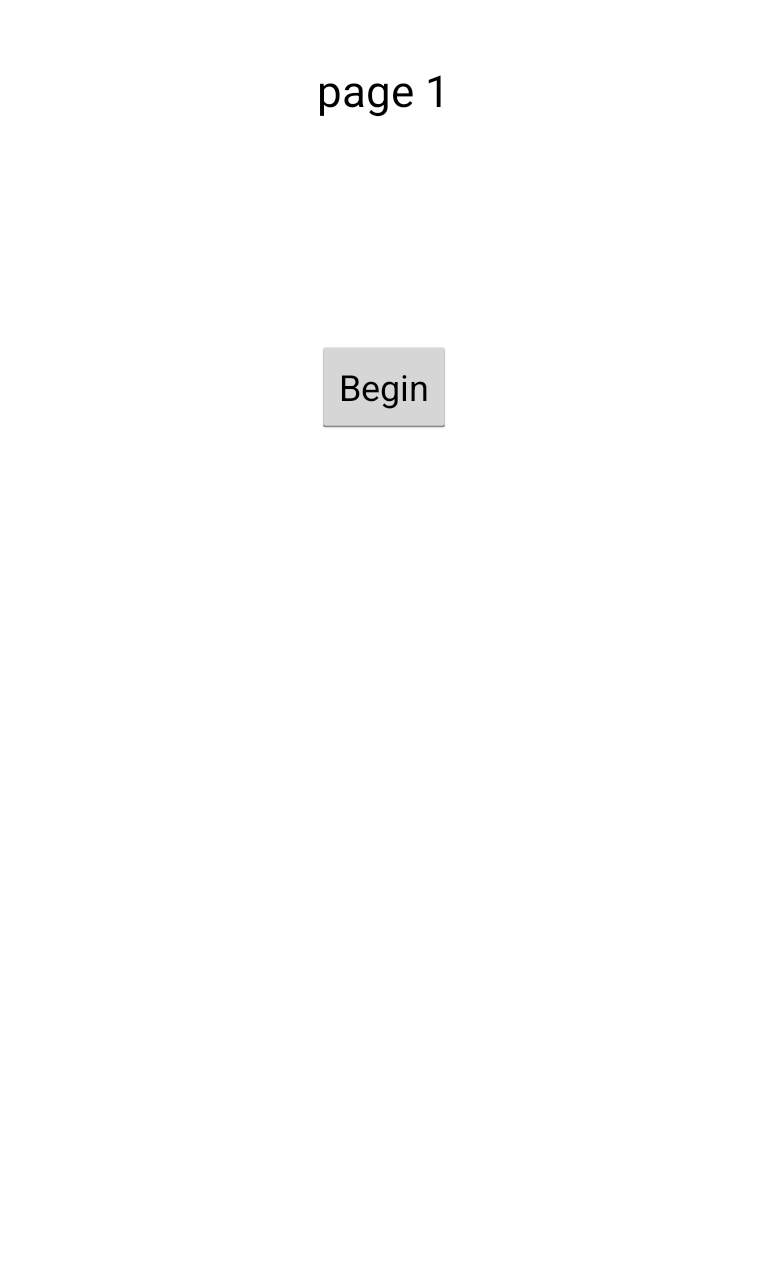
Repository: cho15255/Android-Test
Layout: ApplicationActivity/res/layout/page_1.xml
These files come from the project's save history. The layout is drawn as it stood at one moment and after the next save; the edit follows.
It is drawn on a 768 x 1280 px phone screen (xhdpi) without system bars, with theme AppTheme; the app's code is not run.

Above is the layout before, as saved 2013-05-14 20:47:26.

### ApplicationActivity/res/layout/page_1.xml
<?xml version="1.0" encoding="utf-8"?>
<RelativeLayout xmlns:android="http://schemas.android.com/apk/res/android"
    android:layout_width="match_parent"
    android:layout_height="match_parent" >

    <TextView
        android:id="@+id/textView1"
        android:layout_width="wrap_content"
        android:layout_height="wrap_content"
        android:layout_alignParentTop="true"
        android:layout_centerHorizontal="true"
        android:layout_marginTop="30dp"
        android:text="@string/page_number_1"
        android:textAppearance="?android:attr/textAppearanceLarge" />

    <Button
        android:id="@+id/button_begin"
        android:layout_width="wrap_content"
        android:layout_height="wrap_content"
        android:layout_centerInParent="true"
        android:layout_below="@+id/textView1"
        android:layout_marginTop="110dp"
        android:text="@string/button_begin" />

</RelativeLayout>

### ApplicationActivity/res/values/strings.xml
<?xml version="1.0" encoding="utf-8"?>
<resources>
    <string name="button_back">&lt; </string>
    <string name="button_back_2">&lt;&lt;</string>
    <string name="button_next">&gt; </string>
    <string name="title">JH Testing</string>
    <string name="app_title">A Testing</string>
    <string name="page_number_1">page 1</string>
    <string name="page_number_2">page 2</string>
    <string name="page_number_3">page 3</string>
    <string name="button_begin">Begin</string>

</resources>

Loaded but not shown: ApplicationActivity/res/values/styles.xml (common file); ApplicationActivity/res/values-v11/styles.xml (common file); ApplicationActivity/res/values-v14/styles.xml (common file)

After the next save:
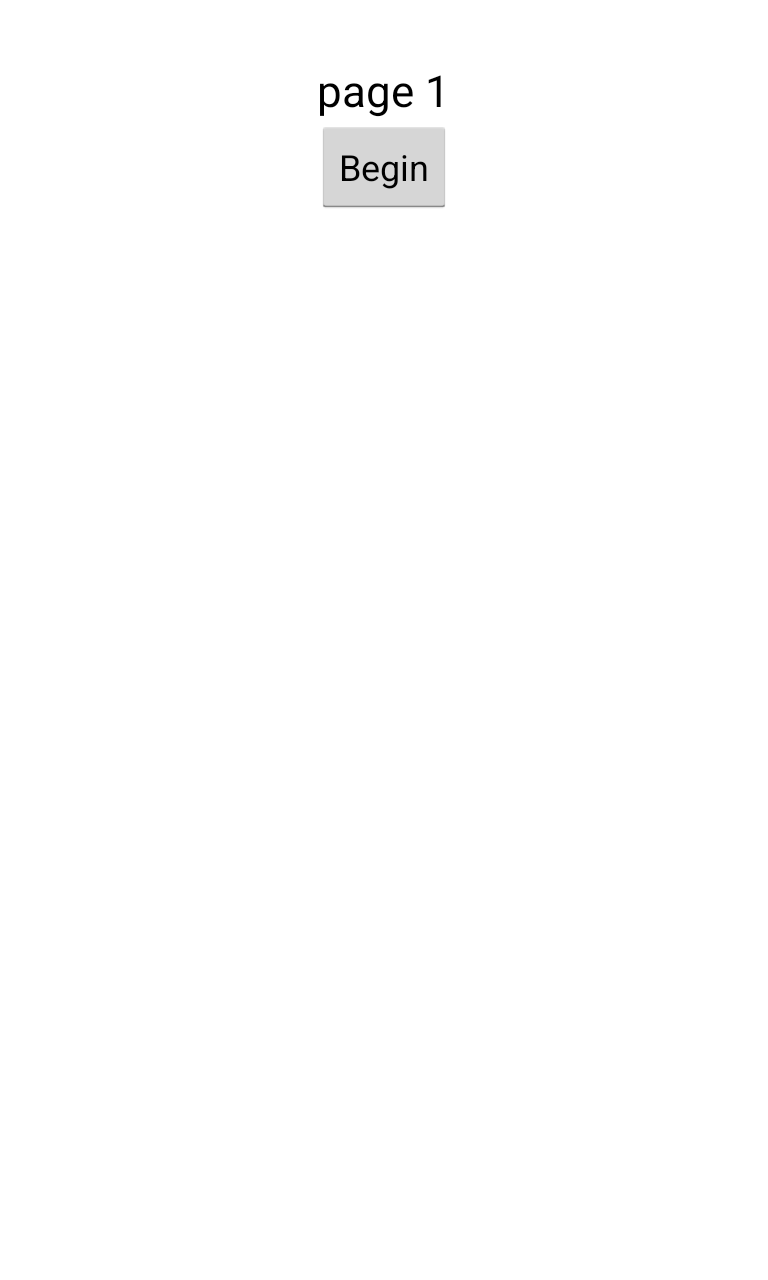
Saved 4 s later.
--- a/ApplicationActivity/res/layout/page_1.xml
+++ b/ApplicationActivity/res/layout/page_1.xml
@@ -19,7 +19,6 @@
         android:layout_height="wrap_content"
         android:layout_centerInParent="true"
         android:layout_below="@+id/textView1"
-        android:layout_marginTop="110dp"
         android:text="@string/button_begin" />
 
 </RelativeLayout>

After the save that followed:
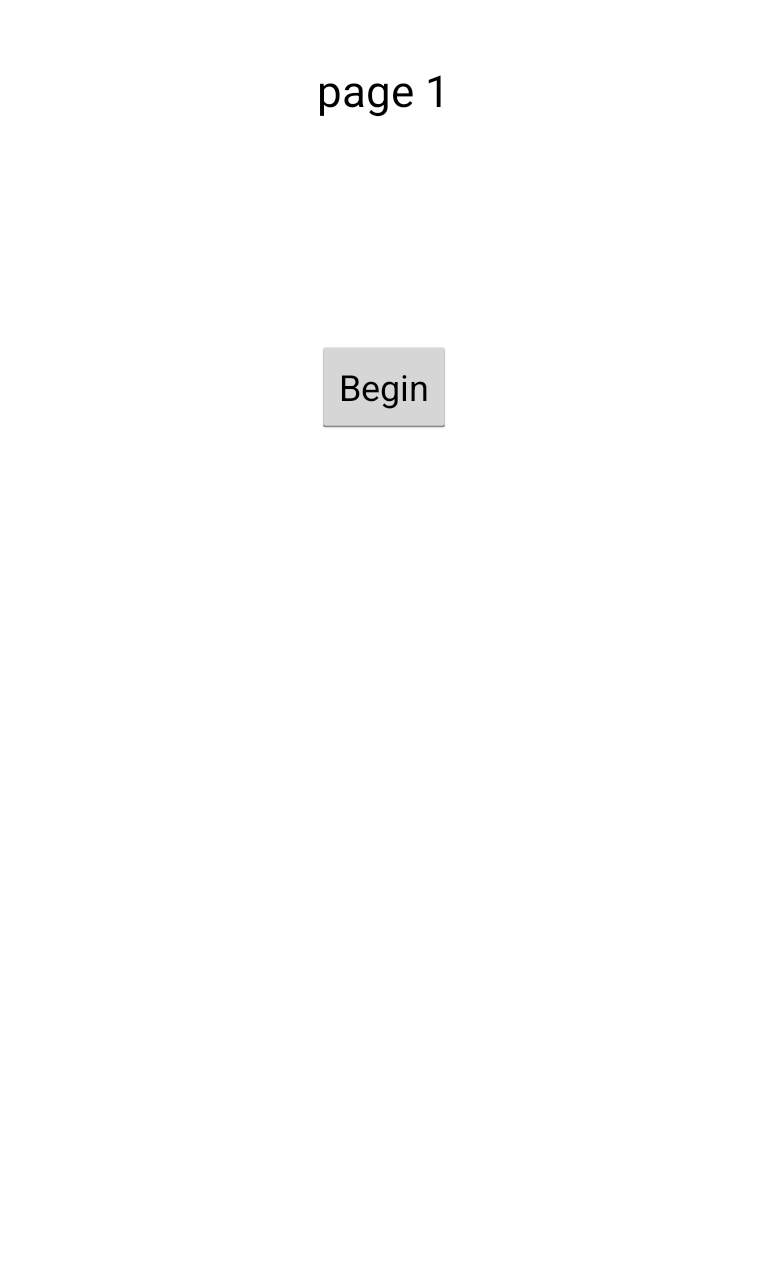
Saved 11 s later.
--- a/ApplicationActivity/res/layout/page_1.xml
+++ b/ApplicationActivity/res/layout/page_1.xml
@@ -19,6 +19,7 @@
         android:layout_height="wrap_content"
         android:layout_centerInParent="true"
         android:layout_below="@+id/textView1"
+        android:layout_marginTop="110dp"
         android:text="@string/button_begin" />
 
 </RelativeLayout>
